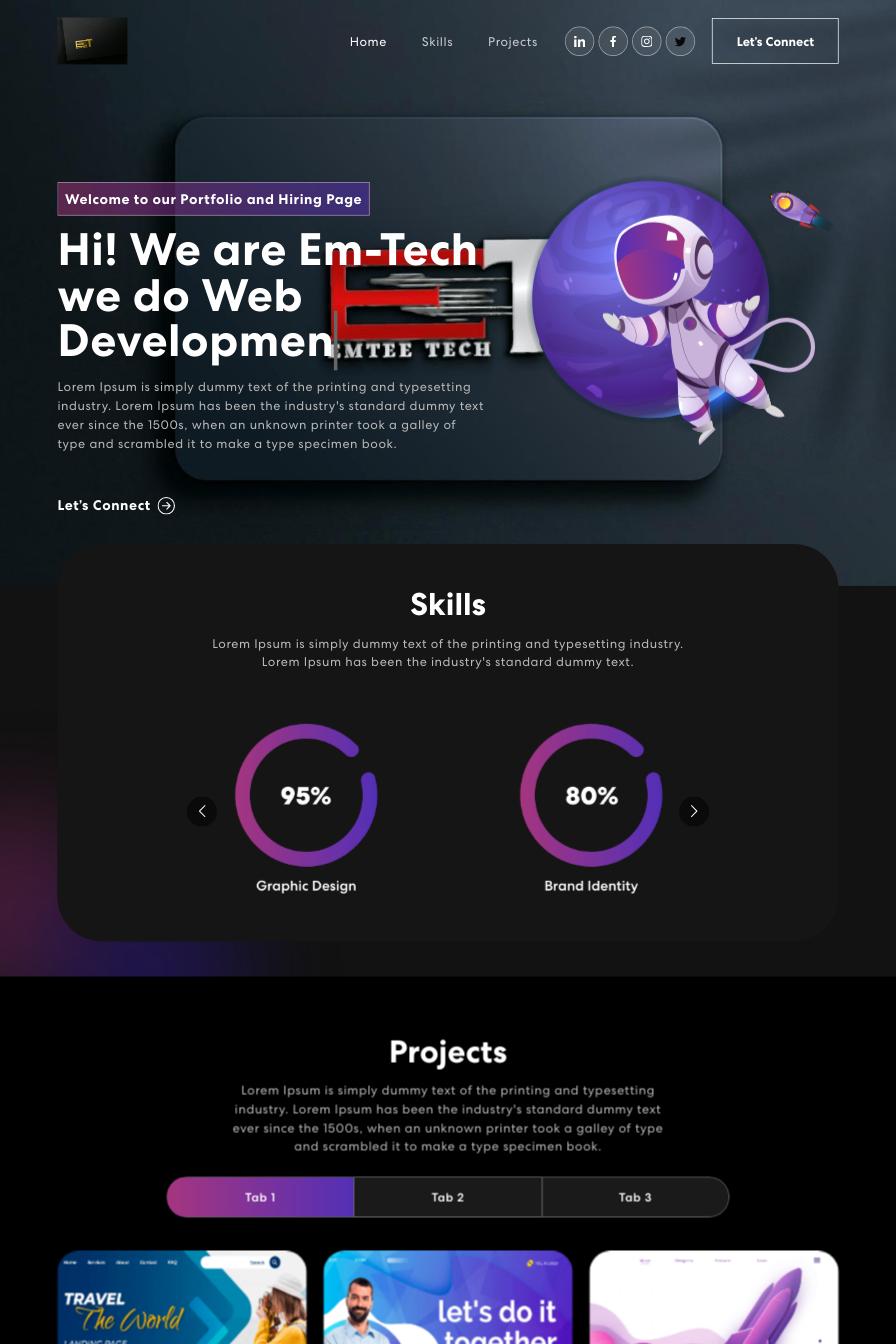
Repository: EmmanuelKeifala/emtee
Page: /
These files come from the project's save history. The page is drawn as it stood at one moment and after the next save; the edit follows.
The browser window is 1280 px wide. The pictures show the part of the page from y = 0 to 1920 px (the page is 3404 px tall before and 3361 px after), at 70% of full size.
The project was rebuilt for these pictures with package versions that can differ from the ones it lists, and the page was loaded fresh each time. Some packages were replaced by stand-ins written for this rebuild.

Above is the page before, as saved 2022-09-29 21:10:08.

### public/index.html
<!DOCTYPE html>
<html lang="en">
  <head>
    <meta charset="utf-8" />
    <link rel="icon" href="%PUBLIC_URL%/favicon.ico" />
    <meta name="viewport" content="width=device-width, initial-scale=1" />
    <meta name="theme-color" content="#000000" />
    <meta name="description" content="Em-Tech" />
    <link rel="apple-touch-icon" href="%PUBLIC_URL%/logo192.png" />

    <link rel="manifest" href="%PUBLIC_URL%/manifest.json" />
    <title>Em-Tech</title>
  </head>
  <body>
    <div id="root"></div>
  </body>
</html>

### src/App.css
/************ Custom Font ************/
@font-face {
  font-family: Centra;
  src: url('./assets/font/CentraNo2-Bold.ttf');
  font-weight: 700;
}

@font-face {
  font-family: Centra;
  src: url('./assets/font/CentraNo2-Medium.ttf');
  font-weight: 500;
}

@font-face {
  font-family: Centra;
  src: url('./assets/font/CentraNo2-Book.ttf');
  font-weight: 400;
}

/************ Default Css ************/
* {
  margin: 0;
  padding: 0;
  box-sizing: border-box;
}

html {
  scroll-behavior: smooth;
  scroll-padding-top: 75px;
}

body {
  font-weight: 400;
  overflow-x: hidden;
  position: relative;
  background-color: #121212 !important;
  color: #fff !important;
  font-family: 'Centra', sans-serif !important;
}

h1,
h2,
h3,
h4,
h5,
h6 {
  margin: 0;
  padding: 0;
  line-height: normal;
}

p,
a,
li,
button,
ul {
  margin: 0;
  padding: 0;
  line-height: normal;
  text-decoration: none;
}

a:hover {
  text-decoration: none;
}

img {
  width: 100%;
  height: auto;
}

button {
  border: 0;
  background-color: transparent;
}

input:focus,
textarea:focus,
select:focus {
  outline: none;
}

@media (min-width:1700px) {
  main .container {
    max-width: 100%;
    padding: 0 150px;
  }
}

p.success {
  color: green;
}

p.danger {
  color: red;
}

/************ Navbar Css ************/
nav.navbar {
  padding: 18px 0;
  position: fixed;
  width: 100%;
  top: 0;
  z-index: 9999;
  transition: 0.32s ease-in-out;
}

nav.navbar.scrolled {
  padding: 0px 0;
  background-color: #121212;
}

nav.navbar a.navbar-brand {
  width: 9%;
}

nav.navbar .navbar-nav .nav-link.navbar-link {
  font-weight: 400;
  color: #fff !important;
  letter-spacing: 0.8px;
  padding: 0 25px;
  font-size: 18px;
  opacity: 0.75;
}

nav.navbar .navbar-nav a.nav-link.navbar-link:hover,
nav.navbar .navbar-nav a.nav-link.navbar-link.active {
  opacity: 1;
}

span.navbar-text {
  display: flex;
  align-items: center;
}

.icon {
  margin-top: 25px;
}

.social-icon {
  display: inline-block;
  margin-left: 14px;
}

.social-icon a {
  width: 42px;
  height: 42px;
  background: rgba(217, 217, 217, 0.1);
  display: inline-flex;
  border-radius: 50%;
  margin-right: 6px;
  align-items: center;
  justify-content: center;
  line-height: 1;
  border: 1px solid rgba(255, 255, 255, 0.5);
}

.twit {}


.social-icon .twit a::before {
  content: "";
  width: 42px;
  height: 42px;
  position: absolute;
  background-color: #ffffff;
  border-radius: 50%;
  transform: scale(0);
  transition: 0.3s ease-in-out;
}

.social-icon a:hover::before {
  transform: scale(1);
}

.social-icon a img {
  width: 40%;
  z-index: 1;
  transition: 0.3s ease-in-out;
}

.social-icon a:hover img {
  filter: brightness(0) saturate(100%) invert(0%) sepia(7%) saturate(98%) hue-rotate(346deg) brightness(95%) contrast(86%);
}

.navbar-text button {
  font-weight: 700;
  color: #fff;
  border: 1px solid #fff;
  padding: 18px 34px;
  font-size: 18px;
  margin-left: 18px;
  position: relative;
  background-color: transparent;
  transition: 0.3s ease-in-out;
}

.navbar-text button span {
  z-index: 1;
}

.navbar-text button::before {
  content: "";
  width: 0%;
  height: 100%;
  position: absolute;
  background-color: #fff;
  left: 0;
  top: 0;
  z-index: -1;
  transition: 0.3s ease-in-out;
}

.navbar-text button:hover {
  color: #121212;
}

.navbar-text button:hover::before {
  content: "";
  width: 100%;
  height: 100%;
  position: absolute;
}

nav.navbar .navbar-toggler:active,
nav.navbar .navbar-toggler:focus {
  outline: none;
  box-shadow: none;
}

nav.navbar .navbar-toggler-icon {
  width: 24px;
  height: 17px;
  background-image: none;
  position: relative;
  border-bottom: 2px solid #fff;
  transition: all 300ms linear;
  top: -2px;
}

nav.navbar .navbar-toggler-icon:focus {
  border-bottom: 2px solid #fff;
}

nav.navbar .navbar-toggler-icon:after,
nav.navbar .navbar-toggler-icon:before {
  width: 24px;
  position: absolute;
  height: 2px;
  background-color: #fff;
  top: 0;
  left: 0;
  content: '';
  z-index: 2;
  transition: all 300ms linear;
}

nav.navbar .navbar-toggler-icon:after {
  top: 8px;
}

nav.navbar .navbar-toggler[aria-expanded="true"] .navbar-toggler-icon:after {
  transform: rotate(45deg);
  background-color: #fff;
  height: 2px;
}

nav.navbar .navbar-toggler[aria-expanded="true"] .navbar-toggler-icon:before {
  transform: translateY(8px) rotate(-45deg);
  background-color: #fff;
  height: 2px;
}

nav.navbar .navbar-toggler[aria-expanded="true"] .navbar-toggler-icon {
  border-color: transparent;
}

/************ Banner Css ************/
.banner {
  margin-top: 0;
  padding: 260px 0 100px 0;
  background-image: url('./assets/img/back.jpeg');
  background-position: top center;
  background-size: cover;
  background-repeat: no-repeat;
}

.banner .tagline {
  font-weight: 700;
  letter-spacing: 0.8px;
  padding: 8px 10px;
  background: linear-gradient(90.21deg, rgba(170, 54, 124, 0.5) -5.91%, rgba(74, 47, 189, 0.5) 111.58%);
  border: 1px solid rgba(255, 255, 255, 0.5);
  font-size: 20px;
  margin-bottom: 16px;
  display: inline-block;
}

.banner h1 {
  font-size: 65px;
  font-weight: 700;
  letter-spacing: 0.8px;
  line-height: 1;
  margin-bottom: 20px;
  display: block;
}

.banner p {
  color: #B8B8B8;
  font-size: 18px;
  letter-spacing: 0.8px;
  line-height: 1.5em;
  width: 96%;
}

.banner button {
  color: #fff;
  font-weight: 700;
  font-size: 20px;
  margin-top: 60px;
  letter-spacing: 0.8px;
  display: flex;
  align-items: center;
}

.banner button svg {
  font-size: 25px;
  margin-left: 10px;
  transition: 0.3s ease-in-out;
  line-height: 1;
}

.banner button:hover svg {
  margin-left: 25px;
}



.banner img {
  animation: updown 3s linear infinite;
}

@keyframes updown {
  0% {
    transform: translateY(-20px);
  }

  50% {
    transform: translateY(20px);
  }

  100% {
    transform: translateY(-20px);
  }
}

.txt-rotate>.wrap {
  border-right: 0.08em solid #666;
}

/************ Skills Css ************/
.skill {
  padding: 0 0 50px 0;
  position: relative;
}

.skill-bx {
  background: #151515;
  border-radius: 64px;
  text-align: center;
  padding: 60px 50px;
  margin-top: -60px;
}

.skill h2 {
  font-size: 45px;
  font-weight: 700;
}

.skill p {
  color: #B8B8B8;
  font-size: 18px;
  letter-spacing: 0.8px;
  line-height: 1.5em;
  margin: 14px 0 75px 0;
}

.skill-slider {
  width: 80%;
  margin: 0 auto;
  position: relative;
}

.skill-slider .item img {
  width: 50%;
  margin: 0 auto 15px auto;
}

.background-image-left {
  top: 28%;
  position: absolute;
  bottom: 0;
  width: 40%;
  z-index: -4;
}

/************ Projects Css ************/
.project {
  padding: 80px 0;
  position: relative;
  background-color: black;
}

.project h2 {
  font-size: 45px;
  font-weight: 700;
  text-align: center;
}

.project p {
  color: #B8B8B8;
  font-size: 18px;
  letter-spacing: 0.8px;
  line-height: 1.5em;
  margin: 14px auto 30px auto;
  text-align: center;
  width: 56%;
}

.project .nav.nav-pills {
  width: 72%;
  margin: 0 auto;
  border-radius: 50px;
  background-color: rgb(255 255 255 / 10%);
  overflow: hidden;
}

.project .nav.nav-pills .nav-item {
  width: 33.33333%;
}

.project .nav.nav-pills .nav-link {
  background-color: transparent;
  border-radius: 0;
  padding: 17px 0;
  color: #fff;
  width: 100%;
  font-size: 17px;
  letter-spacing: 0.8px;
  font-weight: 500;
  position: relative;
  transition: 0.3s ease-in-out;
  text-align: center;
  z-index: 0;
}

.project .nav.nav-pills .nav-link::before {
  content: "";
  position: absolute;
  width: 0;
  height: 100%;
  background: linear-gradient(90.21deg, #AA367C -5.91%, #4A2FBD 111.58%);
  top: 0;
  left: 0;
  z-index: -1;
  transition: 0.3s ease-in-out;
}

.project .nav.nav-pills .nav-link.active::before {
  width: 100% !important;
}

.project .nav.nav-pills .nav-link.active {
  border: 1px solid rgba(255, 255, 255, 1);
}

.nav-link#projects-tabs-tab-first {
  border: 1px solid rgba(255, 255, 255, 0.5);
  border-radius: 55px 0px 0px 55px;
}

.nav-link#projects-tabs-tab-second {
  border-top: 1px solid rgba(255, 255, 255, 0.5);
  border-bottom: 1px solid rgba(255, 255, 255, 0.5);
}

.nav-link#projects-tabs-tab-third {
  border: 1px solid rgba(255, 255, 255, 0.5);
  border-radius: 0 55px 55px 0;
}

.proj-imgbx {
  position: relative;
  border-radius: 30px;
  overflow: hidden;
  margin-bottom: 24px;
}

.proj-imgbx::before {
  content: "";
  background: linear-gradient(90.21deg, #AA367C -5.91%, #4A2FBD 111.58%);
  opacity: 0.85;
  position: absolute;
  width: 100%;
  height: 0;
  transition: 0.4s ease-in-out;
}

.proj-imgbx:hover::before {
  height: 100%;
}

.proj-txtx {
  position: absolute;
  text-align: center;
  top: 65%;
  left: 50%;
  transform: translate(-50%, -50%);
  transition: 0.5s ease-in-out;
  opacity: 0;
  width: 100%;
}

.proj-imgbx:hover .proj-txtx {
  top: 50%;
  opacity: 1;
}

.proj-txtx h4 {
  font-size: 30px;
  font-weight: 700;
  letter-spacing: 0.8px;
  line-height: 1.1em;
}

.proj-txtx span {
  font-style: italic;
  font-weight: 400;
  font-size: 15px;
  letter-spacing: 0.8px;
}

.background-image-right {
  top: 20%;
  position: absolute;
  bottom: 0;
  width: 35%;
  right: 0;
  z-index: -4;
}

.logo-image {
  border-radius: 5px;
  outline-style: groove;
}

.prop-image {
  height: 40vh;
}

/************ Projects Css ************/
.contact {
  background: linear-gradient(90.21deg, #AA367C -5.91%, #4A2FBD 111.58%);
  padding: 60px 0 200px 0;
}

.contact img {
  width: 92%;
}

.contact h2 {
  font-size: 45px;
  font-weight: 700;
  margin-bottom: 30px;
}

.contact form input,
.contact form textarea {
  width: 100%;
  background: rgba(255, 255, 255, 0.1);
  border: 1px solid rgba(255, 255, 255, 0.5);
  border-radius: 20px;
  color: #fff;
  margin: 0 0 8px 0;
  padding: 18px 26px;
  font-weight: 500;
  font-size: 18px;
  letter-spacing: 0.8px;
  transition: 0.3s ease-in-out;
}

.contact form input:focus,
.contact form textarea:focus {
  background: rgba(255, 255, 255, 1);
  color: #121212;
}

.contact form input::placeholder,
.contact form textarea::placeholder {
  font-size: 16px;
  font-weight: 400;
  color: #fff;
}

.contact form input:focus::placeholder,
.contact form textarea:focus::placeholder {
  color: #121212;
  opacity: 0.8;
}

.contact form button {
  font-weight: 700;
  color: #000;
  background-color: #fff;
  padding: 14px 48px;
  font-size: 18px;
  margin-top: 25px;
  border-radius: 0;
  position: relative;
  transition: 0.3s ease-in-out;
}

.contact form button span {
  z-index: 1;
  position: relative;
}

.contact form button:hover {
  color: #fff;
}

.contact form button::before {
  content: "";
  background: #121212;
  width: 0;
  height: 100%;
  position: absolute;
  top: 0;
  left: 0;
  z-index: 0;
  transition: 0.3s ease-in-out;
}

.contact form button:hover::before {
  width: 100%;
}

/************ Footer Css ************/
.footer {
  padding: 0 0 50px 0;
  background-image: url('./assets/img/footer-bg.png');
  background-position: center center;
  background-size: cover;
  background-repeat: no-repeat;
}

.newsletter-bx {
  background: #FFFFFF;
  border-radius: 55px;
  color: #121212;
  padding: 85px 125px;
  margin-bottom: 80px;
  margin-top: -122px;
}

.newsletter-bx h3 {
  font-weight: 700;
  letter-spacing: 0.5px;
  line-height: 1.2em;
}

.new-email-bx {
  background: #fff;
  padding: 5px;
  border-radius: 20px;
  position: relative;
  z-index: 0;
  display: flex;
  align-items: center;
}

.new-email-bx::before {
  content: "";
  background: linear-gradient(90.21deg, #AA367C -5.91%, #4A2FBD 111.58%);
  border-radius: 20px;
  position: absolute;
  z-index: -1;
  top: -1px;
  left: -1px;
  bottom: -1px;
  right: -1px;
}

.new-email-bx::after {
  content: "";
  background: #fff;
  border-radius: 20px;
  position: absolute;
  z-index: -1;
  top: 0;
  left: 0;
  bottom: 0;
  right: 0;
}

.new-email-bx input {
  width: 100%;
  color: #121212;
  font-weight: 500;
  background: transparent;
  border: 0;
  padding: 0 15px;
}

.new-email-bx button {
  background: linear-gradient(90.21deg, #AA367C -5.91%, #4A2FBD 111.58%);
  padding: 20px 65px;
  color: #fff;
  font-weight: 500;
  letter-spacing: 0.5px;
  border-radius: 18px;
}

.footer img {
  width: 26%;
}

.footer p {
  font-weight: 400;
  font-size: 14px;
  color: #B8B8B8;
  letter-spacing: 0.5px;
  margin-top: 20px;
}

### src/Components/Skills.jsx
import React from "react";
import meter1 from "../assets/img/meter1.svg";
import meter2 from "../assets/img/meter2.svg";
import meter3 from "../assets/img/meter3.svg";
import Carousel from "react-multi-carousel";
import "react-multi-carousel/lib/styles.css";
import arrow1 from "../assets/img/arrow1.svg";
import arrow2 from "../assets/img/arrow2.svg";
import colorSharp from "../assets/img/color-sharp.png";
const Skills = () => {
  const responsive = {
    superLargeDesktop: {
      // the naming can be any, depends on you.
      breakpoint: { max: 4000, min: 3000 },
      items: 5,
    },
    desktop: {
      breakpoint: { max: 3000, min: 1024 },
      items: 3,
    },
    tablet: {
      breakpoint: { max: 1024, min: 464 },
      items: 2,
    },
    mobile: {
      breakpoint: { max: 464, min: 0 },
      items: 1,
    },
  };
  return (
    <section className="skill" id="skills">
      <div className="container">
        <div className="row">
          <div className="col-12">
            <div className="skill-bx wow zoomIn">
              <h2>Skills</h2>
              <p>
                Lorem Ipsum is simply dummy text of the printing and typesetting
                industry.<br></br> Lorem Ipsum has been the industry's standard
                dummy text.
              </p>
              <Carousel
                responsive={responsive}
                infinite={true}
                className="owl-carousel owl-theme skill-slider"
              >
                <div className="item">
                  <img src={meter1} alt="Image" />
                  <h5>Graphic Design</h5>
                </div>
                <div className="item">
                  <img src={meter2} alt="Image" />
                  <h5>Brand Identity</h5>
                </div>
                <div className="item">
                  <img src={meter3} alt="Image" />
                  <h5>Logo Design</h5>
                </div>
                <div className="item">
                  <img src={meter1} alt="Image" />
                  <h5>Web Development</h5>
                </div>
              </Carousel>
            </div>
          </div>
        </div>
      </div>
      <img className="background-image-left" src={colorSharp} alt="Image" />
    </section>
  );
};

export default Skills;

### src/Components/Footer.jsx
import React from "react";
import { Container, Row, Col } from "react-bootstrap";
import logo from "../assets/img/logo.svg";
import navIcon1 from "../assets/img/nav-icon1.svg";
import navIcon2 from "../assets/img/nav-icon2.svg";
import navIcon3 from "../assets/img/nav-icon3.svg";

const Footer = () => {
  return (
    <footer className="footer">
      <Container>
        <Row className="align-items-center">
          <Col size={12} sm={6}>
            <img src={logo} alt="Logo" />
          </Col>
          <Col size={12} sm={6} className="text-center text-sm-end">
            <div className="social-icon">
              <a href="#" className="icon">
                <img src={navIcon1} alt="Icon" className="icon-1" />
              </a>
              <a href="#" className="icon">
                <img src={navIcon2} alt="Icon" className="icon-1" />
              </a>
              <a href="#" className="icon">
                <img src={navIcon3} alt="Icon" className="icon-1" />
              </a>
            </div>
            <p>Copyright 2022. All Rights Reserved</p>
            <p>Develped by Em-Tech</p>
          </Col>
        </Row>
      </Container>
    </footer>
  );
};

export default Footer;

### src/Components/ProjectCard.jsx
import { Col } from "react-bootstrap";

export const ProjectCard = ({ title, description, imgUrl }) => {
  return (
    <Col size={12} sm={6} md={4}>
      <div className="proj-imgbx">
        <img src={imgUrl} className="prop-image" />
        <div className="proj-txtx">
          <h4>{title}</h4>
          <span>{description}</span>
        </div>
      </div>
    </Col>
  );
};

Loaded but not shown: src/index.js (common file); src/index.css (common file); src/reportWebVitals.js (common file); src/App.js (23 lines, source omitted); src/Components/Projects.jsx (159 lines, source omitted); src/Components/Contact.jsx (145 lines, source omitted); src/Components/Banner.jsx (112 lines, source omitted); src/Components/Navbar.jsx (91 lines, source omitted)

After the next save:
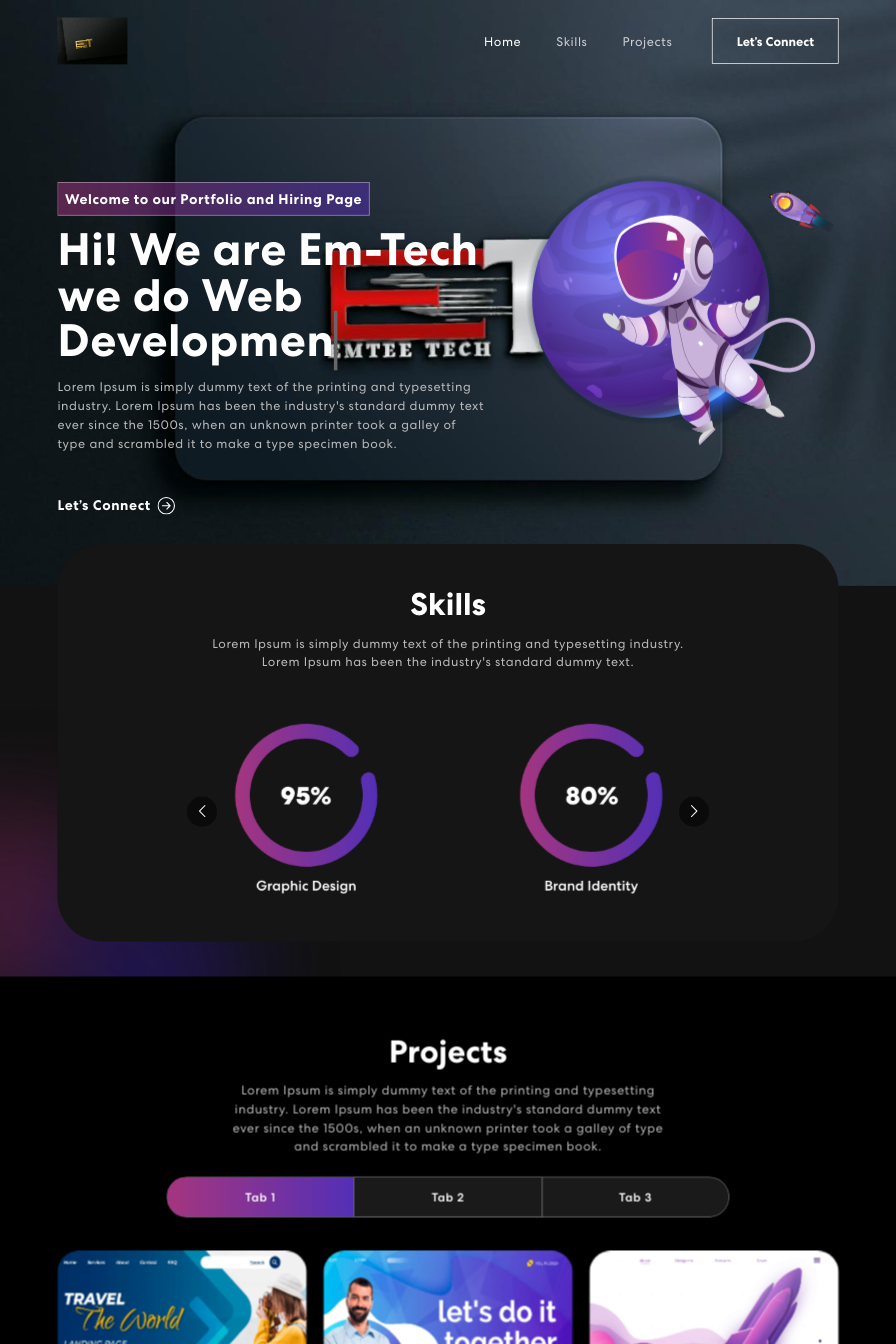
Saved 22 s later.
--- a/src/App.css
+++ b/src/App.css
@@ -158,7 +158,8 @@
 .twit {}
 
 
-.social-icon .twit a::before {
+.social-icon a,
+.twit::before {
   content: "";
   width: 42px;
   height: 42px;

After the save that followed:
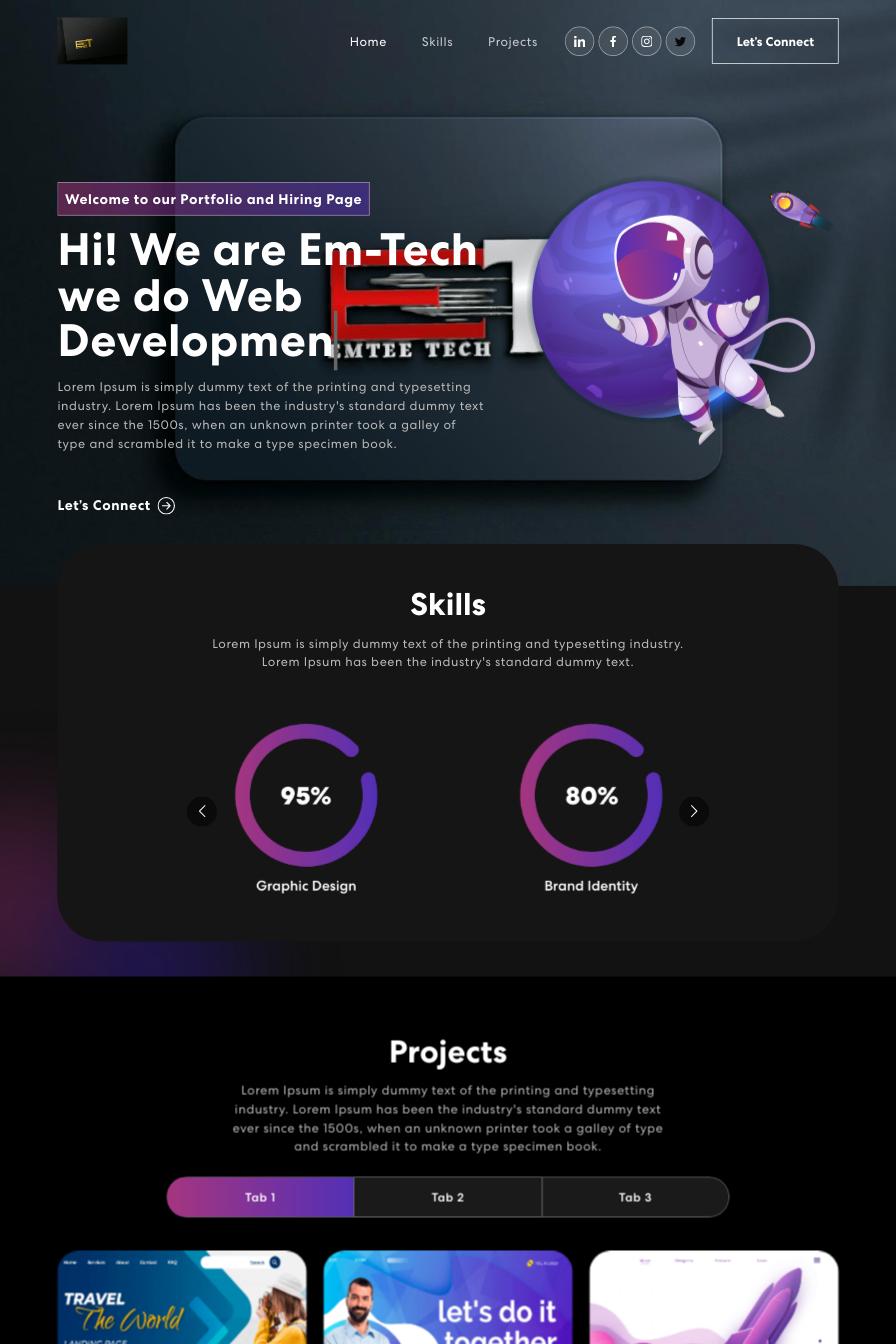
Saved 11 s later.
--- a/src/App.css
+++ b/src/App.css
@@ -158,8 +158,7 @@
 .twit {}
 
 
-.social-icon a,
-.twit::before {
+.social-icon a::before {
   content: "";
   width: 42px;
   height: 42px;
